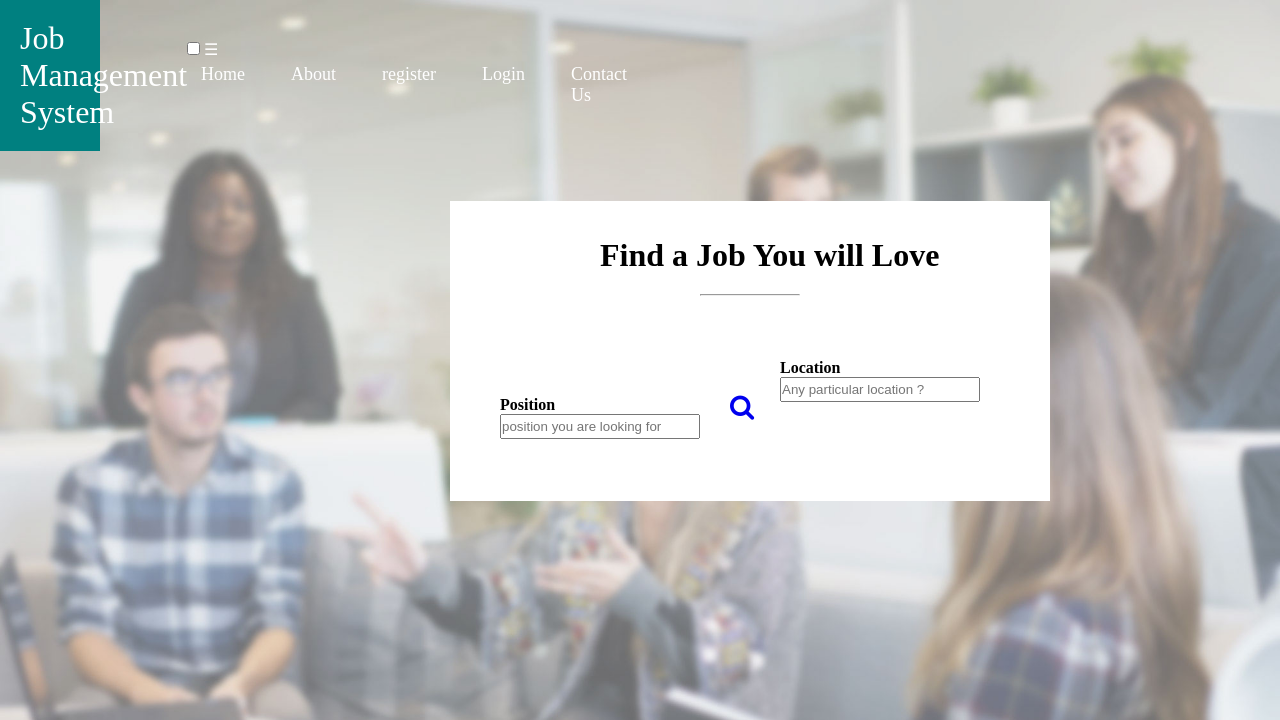
Repository: PrinceKumawat1109/JFSD
Page: http://localhost/Job-management/home.jsp
These files come from the project's save history. The page is drawn as it stood at one moment and after the next save; the edit follows.
The browser window is 1280 px wide. The pictures show the whole page.
The page is served by Tomcat 9. Other server files are loaded and not shown.

Above is the page before, as saved 2022-10-29 18:18:08.

### Job-management/src/main/webapp/home.jsp
<%@ page language="java" contentType="text/html; charset=UTF-8"
    pageEncoding="UTF-8"%>
<!DOCTYPE html>
<html>
<head>
<meta charset="UTF-8">
<link rel="stylesheet" href="https://cdnjs.cloudflare.com/ajax/libs/font-awesome/4.7.0/css/font-awesome.min.css">
<title>Home</title>
	<jsp:include page="navbar.jsp" />
</head>
<style>
body{
    background-image: url('meeting.jpg');
    height: 100px;
    width: 100px;
    background-size: cover;

}
.box{
height: 300px;
width: 600px;
background-color: white;
margin-left: 450px;
margin-top: 50px;
}
h4{
margin-left: 50px;
margin-top: 100px;
}
.location h4{
margin-left: 330px;
margin-top: -80px;

}
</style>
<body>

<div class="box">
<br><br>
<h1 style="margin-left: 150px;">Find a Job You will Love</h1>
<hr style="width: 100px; background-color: red; margin-left: 250px; margin-top: 20px;">
<h4>Position</h4>
<div class="kk" style="margin-left: 50px;">
<input style="height: 25px; width: 200px;"  type="box"  placeholder="position you are looking for">
</div>

<div class="location">
<h4>Location</h4>
<div class="ii">
<input style="height: 25px; width: 200px; margin-left: 330px; "  type="box" placeholder="Any particular location ?">
</div>
</div>
<div class="search">
<a href="facebook.com"><i class="fa fa-search" style="margin-top: -10px; font-size:26px; margin-left: 280px;"></i></a>
</div>
</div>
</body>
</html>

### Job-management/src/main/webapp/navbar.jsp
<!DOCTYPE html>
<html lang="en">
 <head>
   <meta charset="UTF-8" />
   <meta http-equiv="X-UA-Compatible" content="IE=edge" />
   <meta name="viewport" content="width=device-width, initial-scale=1.0" />
   <style>

    /* UTILITIES */
* {
 margin: 0;
 padding: 0;
 box-sizing: border-box;
}
body {
 font-family: cursive;
}
a {
 text-decoration: none;
}
li {
 list-style: none;
}

/* NAVBAR STYLING STARTS */
.navbar {
 display: flex;
 align-items: center;
 justify-content: space-between;
 padding: 20px;
 background-color: teal;
 color: #fff;
}
.nav-links a {
 color: #fff;
}
/* LOGO */
.logo {
 font-size: 32px;
}
/* NAVBAR MENU */
.menu {
 display: flex;
 gap: 1em;
 font-size: 18px;
}
.menu li:hover {
 background-color: #4c9e9e;
 border-radius: 5px;
 transition: 0.3s ease;
}
.menu li {
 padding: 5px 14px;
}
/* DROPDOWN MENU */
.services {
 position: relative;
}
.dropdown {
 background-color: rgb(1, 139, 139);
 padding: 1em 0;
 position: absolute; /*WITH RESPECT TO PARENT*/
 display: none;
 border-radius: 8px;
 top: 35px;
}
.dropdown li + li {
 margin-top: 10px;
}
.dropdown li {
 padding: 0.5em 1em;
 width: 8em;
 text-align: center;
}
.dropdown li:hover {
 background-color: #4c9e9e;
}
.services:hover .dropdown {
 display: block;
}
   </style>
   <title>Document</title>
 </head>
 <body>
   <nav class="navbar">
     <!-- LOGO -->
     <div class="logo">Job Management System</div>
     <!-- NAVIGATION MENU -->
     <ul class="nav-links">
       <!-- USING CHECKBOX HACK -->
       <input type="checkbox" id="checkbox_toggle" />
       <label for="checkbox_toggle" class="hamburger">&#9776;</label>
       <!-- NAVIGATION MENUS -->
       <div class="menu">
         <li><a href="home.jsp">Home</a></li>
         <li><a href="/">About</a></li>
         <li class="services">
           <a href="/">register</a>
           <!-- DROPDOWN MENU -->
           <ul class="dropdown">
             <li><a href="employeeregister.jsp">Employee </a></li>
             <li><a href="employerregister.jsp">Employers</a></li>
           </ul>
         </li>
         <li class="services">
           <a href="/">Login</a>
           <!-- DROPDOWN MENU -->
           <ul class="dropdown">
             <li><a href="employeelogin.jsp">Employee login </a></li>
             <li><a href="employerlogin.jsp">Employers login</a></li>
           </ul>
         </li>
         <li><a href="contact.jsp">Contact Us</a></li>
       </div>
     </ul>
   </nav>
 </body>
</html>

After the next save:
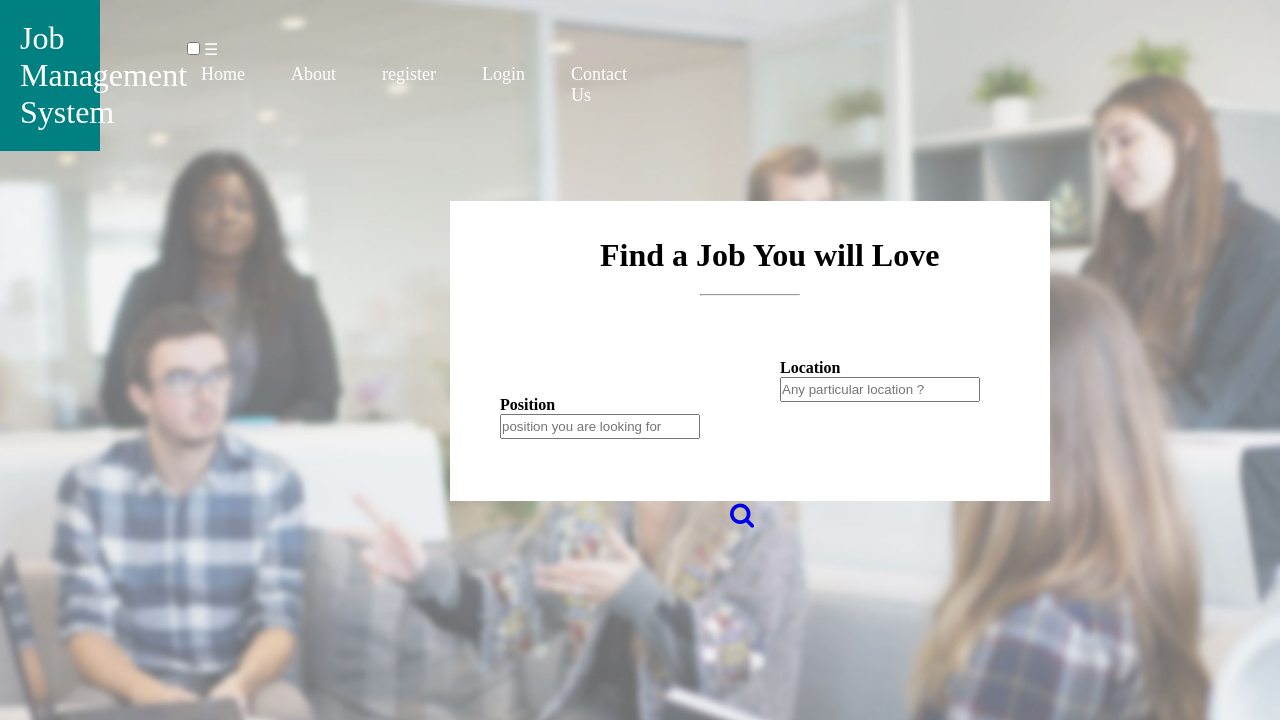
Saved 9 s later.
--- a/Job-management/src/main/webapp/home.jsp
+++ b/Job-management/src/main/webapp/home.jsp
@@ -51,7 +51,7 @@ margin-top: -80px;
 </div>
 </div>
 <div class="search">
-<a href="facebook.com"><i class="fa fa-search" style="margin-top: -10px; font-size:26px; margin-left: 280px;"></i></a>
+<a href="facebook.com"><i class="fa fa-search" style="margin-top: 100px; font-size:26px; margin-left: 280px;"></i></a>
 </div>
 </div>
 </body>
